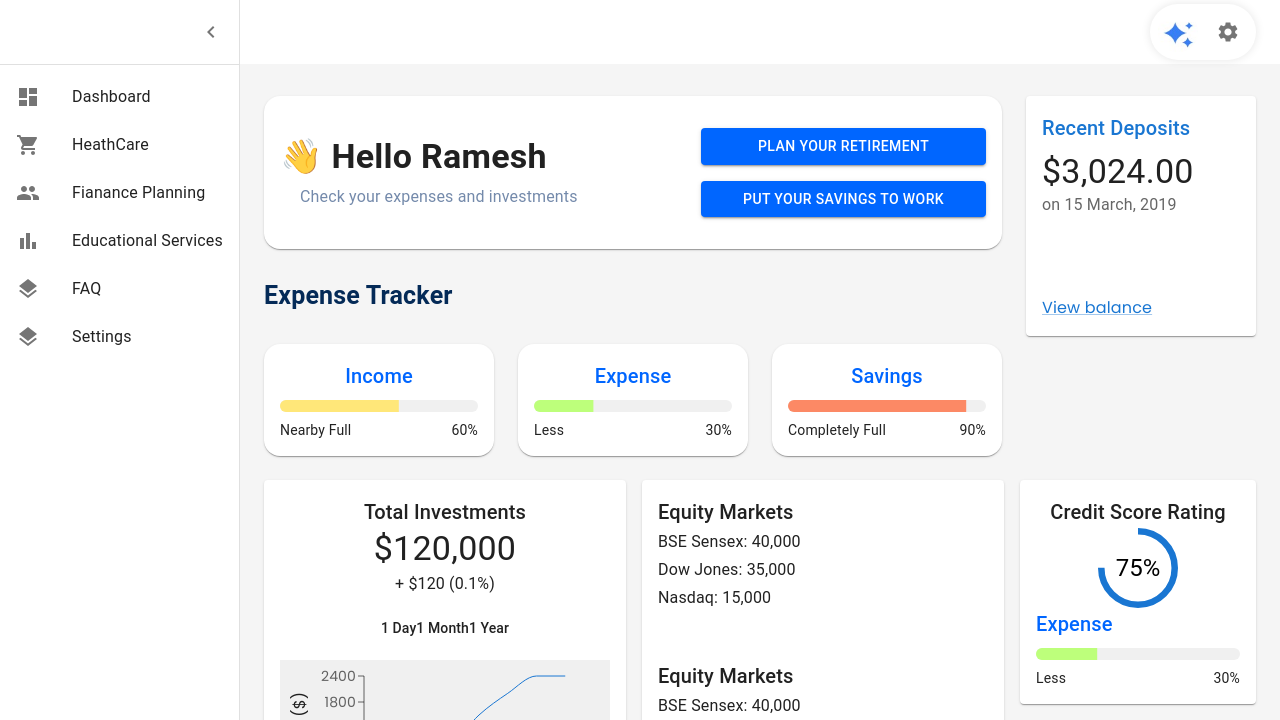
Repository: shubhampirate/TIAA_Retirement_hackathon
Page: /
An editor plug-in stored every save of this project. The page is shown before and after the next save, followed by the edit.
The browser window is 1280 px wide. The pictures show the whole page.
An inner scrolling area shows only its first screen. The project was rebuilt for these pictures with package versions that can differ from the ones it lists, and the page was loaded fresh each time. Also part of the build but not shown: src/Components/CustomButton.jsx, src/Components/Navbar.jsx, src/Components/Properties.jsx, src/Components/Footer.jsx, src/Components/Hero.jsx, src/pages/Sign_In.jsx.

Above is the page before, as saved 2023-11-15 12:27:40.

After the next save:
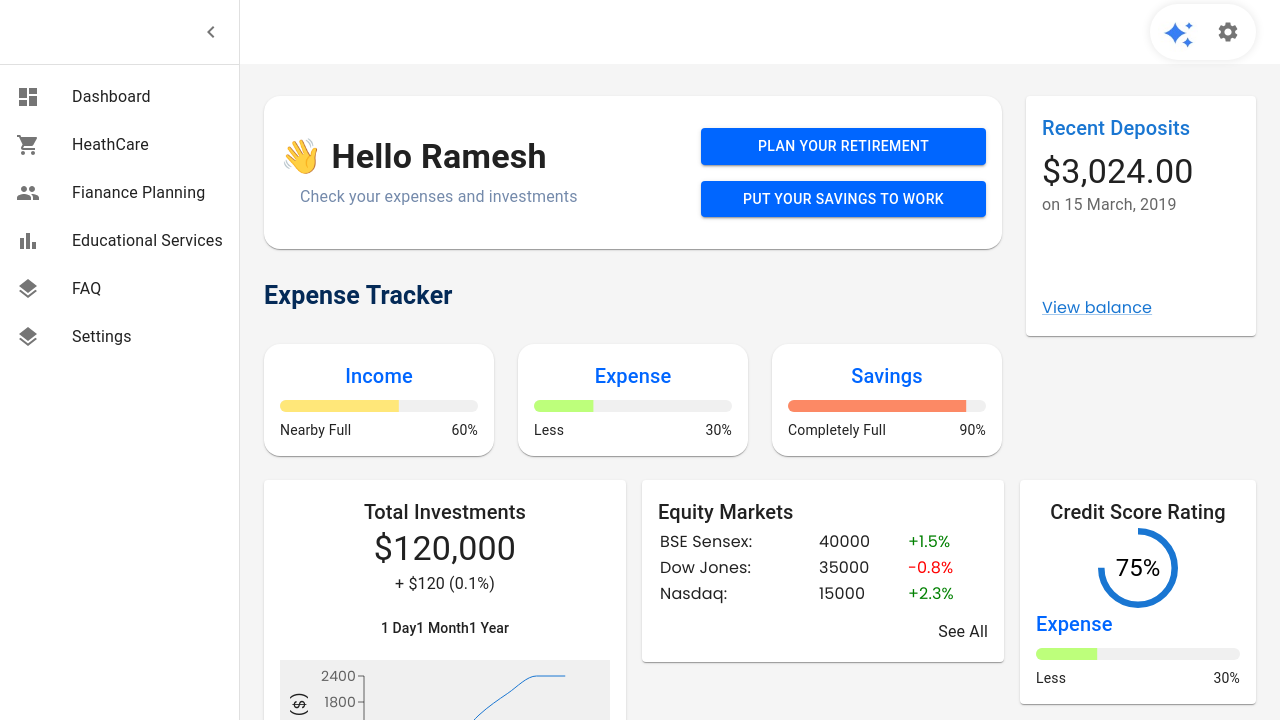
Saved 3 min 47 s later.
--- a/src/Components/YourComponent.jsx
+++ b/src/Components/YourComponent.jsx
@@ -28,22 +28,41 @@ const InvestmentsBox = () => (
   </Paper>
 );
 
-// Component for the second box
-const EquityMarketsBox = () => (
-  <Paper sx={{ p: 2, display: 'flex', flexDirection: 'column' }}>
-    <Typography variant="h6">Equity Markets</Typography>
-    <Typography variant="subtitle1">BSE Sensex: 40,000</Typography>
-    <Typography variant="subtitle1">Dow Jones: 35,000</Typography>
-    <Typography variant="subtitle1">Nasdaq: 15,000</Typography>
-    <br />
-    <br />
-    <Typography variant="h6">Equity Markets</Typography>
-    <Typography variant="subtitle1">BSE Sensex: 40,000</Typography>
-    <Typography variant="subtitle1">Dow Jones: 35,000</Typography>
-    <Typography variant="subtitle1">Nasdaq: 15,000</Typography>
-    {/* Include date and increase values here */}
-  </Paper>
-);
+
+const EquityMarketsBox = () => {
+  // Mock data for market values
+  const marketData = [
+    { name: 'BSE Sensex', currentPrice: 40000, increasePercentage: 1.5 },
+    { name: 'Dow Jones', currentPrice: 35000, increasePercentage: -0.8 },
+    { name: 'Nasdaq', currentPrice: 15000, increasePercentage: 2.3 },
+  ];
+
+  return (
+    <Paper sx={{ p: 2, display: 'flex', flexDirection: 'column' }}>
+      <Typography variant="h6">Equity Markets</Typography>
+      {/* Display market values in a table */}
+      <table>
+        <tbody>
+          {marketData.map((market) => (
+            <tr key={market.name}>
+              <td>{market.name}:</td>
+              <td>{market.currentPrice}</td>
+              <td style={{ color: market.increasePercentage >= 0 ? 'green' : 'red' }}>
+                {market.increasePercentage >= 0 ? '+' : ''}{market.increasePercentage}%
+              </td>
+            </tr>
+          ))}
+        </tbody>
+      </table>
+      {/* "See All" link */}
+      <Typography variant="subtitle1" style={{ alignSelf: 'flex-end', marginTop: '10px', cursor: 'pointer' }}>
+        See All
+      </Typography>
+    </Paper>
+  );
+};
+
+
 
 // Component for the third box
   // Component for the first box
